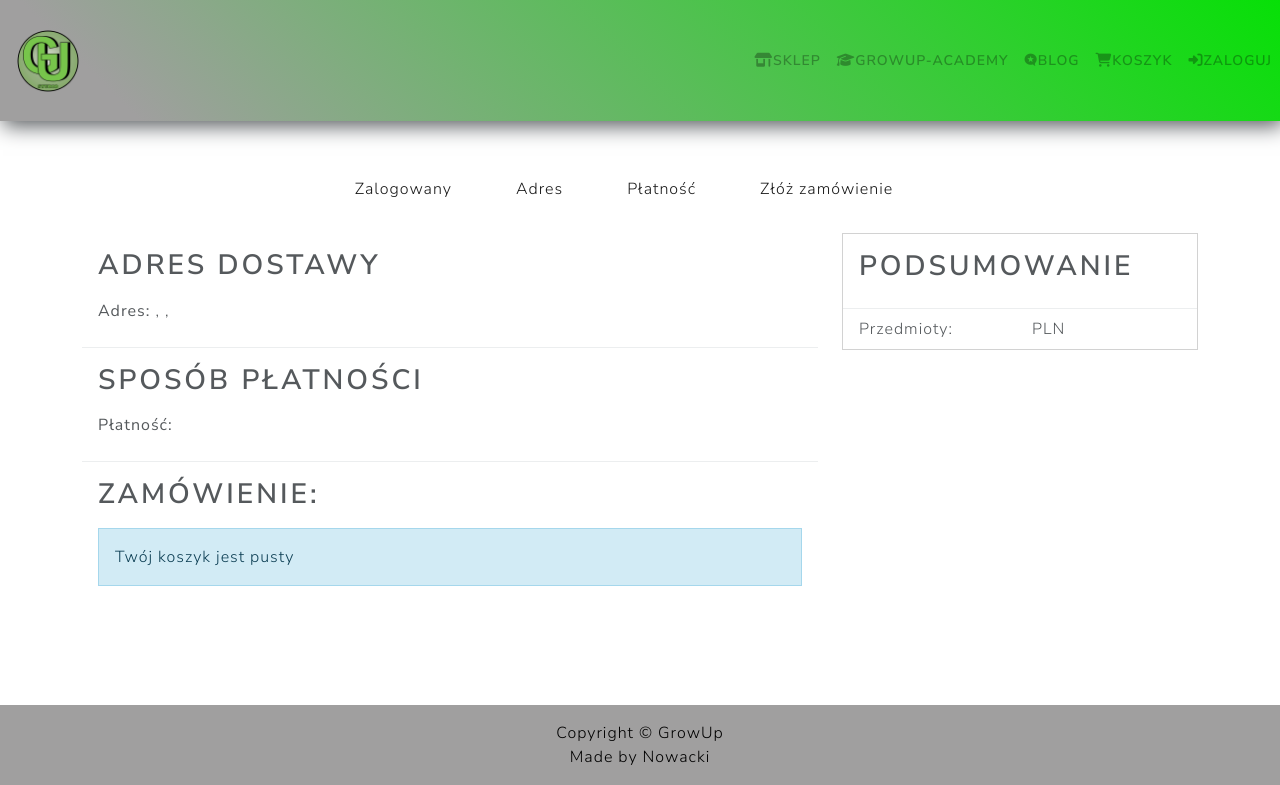
Repository: Nowacki97PL/GrowUpFullStack
Page: /placeorder (app in grow-up-fe/)
An editor plug-in stored every save of this project. The page is shown before and after the next save, followed by the edit.
The browser window is 1280 px wide. The pictures show the whole page.
The project was rebuilt for these pictures with package versions that can differ from the ones it lists, and the page was loaded fresh each time. Also part of the build but not shown: grow-up-fe/src/components/Rating.js, grow-up-fe/src/components/Product.js, grow-up-fe/src/components/Loader.js, grow-up-fe/src/actions/productActions.js, grow-up-fe/src/screens/ShopScreen.js, grow-up-fe/src/screens/ProductScreen.js, grow-up-fe/src/screens/HomeScreen.js, grow-up-fe/src/actions/cartActions.js and 7 more.

Above is the page before, as saved 2024-02-24 17:57:33.

### grow-up-fe/public/index.html
<!doctype html>
<html lang="pl">
  <head>
    <meta charset="utf-8">
    <meta name="viewport" content="width=device-width, initial-scale=1">
    <link rel="shortcut icon" href="%PUBLIC_URL%/logo.png">
    <link rel="stylesheet" href="https://cdnjs.cloudflare.com/ajax/libs/font-awesome/6.5.1/css/all.min.css" integrity="sha512-DTOQO9RWCH3ppGqcWaEA1BIZOC6xxalwEsw9c2QQeAIftl+Vegovlnee1c9QX4TctnWMn13TZye+giMm8e2LwA==" crossorigin="anonymous" referrerpolicy="no-referrer" />
    <!--
      Notice the use of %PUBLIC_URL% in the tag above.
      It will be replaced with the URL of the `public` folder during the build.
      Only files inside the `public` folder can be referenced from the HTML.

      Unlike "/favicon.ico" or "favicon.ico", "%PUBLIC_URL%/favicon.ico" will
      work correctly both with client-side routing and a non-root public URL.
      Learn how to configure a non-root public URL by running `npm run build`.
    -->
    <title>Grow-Up</title>
  </head>
  <body>
    <div id="root"></div>
    <!--
      This HTML file is a template.
      If you open it directly in the browser, you will see an empty page.

      You can add webfonts, meta tags, or analytics to this file.
      The build step will place the bundled scripts into the <body> tag.

      To begin the development, run `npm start`.
      To create a production bundle, use `npm run build`.
    -->
  </body>
</html>

### grow-up-fe/src/index.js
import React from 'react';
import ReactDOM from 'react-dom/client';
import {Provider} from 'react-redux'
import store from './store'

import App from './App';
import './index.css';
import './bootstrap.css';

const rootElement = document.getElementById('root');

// Użyj createRoot zamiast ReactDOM.render
const root = ReactDOM.createRoot(rootElement);
root.render(
<Provider store={store}>
<App />
</Provider>);

### grow-up-fe/src/store.js
import { createStore, combineReducers, applyMiddleware } from "redux";
import { thunk } from "redux-thunk";
import { composeWithDevTools } from "redux-devtools-extension";
import {
	productListReducers,
	productDetailsReducers,
} from "./reducers/productReducers";
import { cartReducer } from "./reducers/cartReducers";
import { userLoginReducer, userRegisterReducer, userDetailsReducer, userUpdateProfileReducer } from "./reducers/userReducers";

const reducer = combineReducers({
	productList: productListReducers,
	productDetails: productDetailsReducers,
	cart: cartReducer,
	userLogin: userLoginReducer,
	userRegister: userRegisterReducer,
	userDetails: userDetailsReducer,
	userUpdateProfile: userUpdateProfileReducer,
});

const cartItemsFromStorage = localStorage.getItem("cartItems")
	? JSON.parse(localStorage.getItem("cartItems"))
	: [];

const userInfoFromStorage = localStorage.getItem("userInfo")
	? JSON.parse(localStorage.getItem("userInfo"))
	: null;

const shippingAddressFromStorage = localStorage.getItem('shippingAddress') ?
    JSON.parse(localStorage.getItem('shippingAddress')) : {}

	const initialState = {
		cart: {
			cartItems: cartItemsFromStorage,
			shippingAddress: shippingAddressFromStorage,
		},
		userLogin: { userInfo: userInfoFromStorage },
	}

const middleware = [thunk];

const store = createStore(
	reducer,
	initialState,
	composeWithDevTools(applyMiddleware(...middleware))
);

store.subscribe(() => {
	const { cart } = store.getState();
	localStorage.setItem("cartItems", JSON.stringify(cart.cartItems));
});

export default store;

### grow-up-fe/src/App.js
import React from "react";

import { Container } from "react-bootstrap";
import { BrowserRouter as Router, Route, Routes } from "react-router-dom";

import Header from "./components/Header";
import Footer from "./components/Footer";
import ShopScreen from "./screens/ShopScreen";
import ProductScreen from "./screens/ProductScreen";
import HomeScreen from './screens/HomeScreen'
import CartScreen from './screens/CartScreen'
import LoginScreen from './screens/LoginScreen'
import RegisterScreen from './screens/RegisterScreen'
import ProfileScreen from './screens/ProfileScreen'
import ShippingScreen from "./screens/ShippingScreen";
import PaymentScreen from "./screens/PaymentScreen";
import PlaceOrderScreen from "./screens/PlaceOrderScreen";

function App() {
	return (
		<Router>
			<Header />
			<main className="py-5">
				<Container>
					<Routes>
						<Route path="/" element={<HomeScreen />}></Route>
						<Route path="/login" element={<LoginScreen />}></Route>
						<Route path="/register" element={<RegisterScreen />}></Route>
						<Route path="/profile" element={<ProfileScreen />}></Route>
						<Route path="/shipping" element={<ShippingScreen/>}></Route>
						<Route path="/payment" element={<PaymentScreen/>}></Route>
						<Route path="/placeorder" element={<PlaceOrderScreen/>}></Route>
						<Route path="/shop" element={<ShopScreen />}></Route>
						<Route path="/product/:id" element={<ProductScreen />}></Route>
						<Route path="/cart/:id?" element={<CartScreen />}></Route>
					</Routes>
				</Container>
			</main>
			<Footer />
		</Router>
	);
}

export default App;

### grow-up-fe/src/index.css
main {
  min-height: 81.1vh;
  width: 100%;
}


.nav-main {
  width: 100%;
  margin: 0;
}

#Navbar {
  background: linear-gradient(45deg, rgb(160, 159, 159) 10%, rgb(7, 224, 7));
  box-shadow: 3px 5px 20px;
  display: flex;
  justify-content: space-between;
  align-items: center;
}

.navbar-toggler {
  margin-right: 1rem;
}

.img-logo img {
  display: flex;
  height: 3.95rem;
  margin-left: 1rem;
}

#card-title {
  text-decoration: none;
}

h1 {
  font-size: 1.8rem;
  padding: 1rem 0;
}

h2 {
  font-size: 1.4rem;
  padding: 0.5rem 0;
}

h3 {
  padding: 1rem 0;
}

.rating span {
  margin: 0.1rem;
}

#card-border-color {
  border-color: rgb(7, 224, 7);
}

.Footer-main {
  background:  rgb(160, 159, 159);
  width: 100%;
  color: black;
}

### grow-up-fe/src/reducers/productReducers.js
import {
	PRODUCT_LIST_REQUEST,
	PRODUCT_LIST_SUCCESS,
	PRODUCT_LIST_FAIL,
	PRODUCT_DETAILS_REQUEST,
	PRODUCT_DETAILS_SUCCESS,
	PRODUCT_DETAILS_FAIL
} from "../constants/productConstants";

export const productListReducers = (state = { products: [] }, action) => {
	switch (action.type) {
		case PRODUCT_LIST_REQUEST:
			return { loading: true, products: [] };

		case PRODUCT_LIST_SUCCESS:
			return { loading: false, products: action.payload };

		case PRODUCT_LIST_FAIL:
			return { loading: false, error: action.payload };

		default:
			return state;
	}
};


export const productDetailsReducers = (state = { product: {reviews: []} }, action) => {
	switch (action.type) {
		case PRODUCT_DETAILS_REQUEST:
			return { loading: true, ...state };

		case PRODUCT_DETAILS_SUCCESS:
			return { loading: false, product: action.payload };

		case PRODUCT_DETAILS_FAIL:
			return { loading: false, error: action.payload };

		default:
			return state;
	}
};

### grow-up-fe/src/reducers/cartReducers.js
import {
    CART_ADD_ITEM,
    CART_REMOVE_ITEM,
    CART_SAVE_SHIPPING_ADDRESS,

    CART_SAVE_PAYMENT_METHOD,

    CART_CLEAR_ITEMS,
} from '../constants/cartConstans'

export const cartReducer = (state = { cartItems: [] }, action) => {
	switch (action.type) {
		case CART_ADD_ITEM:
			const item = action.payload;
			const existItem = state.cartItems.find((x) => x.product === item.product);

			if (existItem) {
				return {
					...state,
					cartItems: state.cartItems.map((x) =>
						x.product === existItem.product ? item : x
					),
				};
			} else {
				return {
					...state,
					cartItems: [...state.cartItems, item],
				};
			}

		case CART_REMOVE_ITEM:
			return {
				...state,
				cartItems: state.cartItems.filter((x) => x.product !== action.payload),
			};

			case CART_SAVE_SHIPPING_ADDRESS:
				return {
					...state,
					shippingAddress: action.payload
				}

			case CART_SAVE_PAYMENT_METHOD:
				return {
					...state,
					paymentMethod: action.payload
				}

			case CART_CLEAR_ITEMS:
				return {
					...state,
					cartItems: []
				}


		default:
			return state;
	}
};

### grow-up-fe/src/reducers/userReducers.js
import {
	USER_LOGIN_REQUEST,
	USER_LOGIN_SUCCESS,
	USER_LOGIN_FAIL,
	USER_LOGOUT,
	USER_REGISTER_REQUEST,
	USER_REGISTER_SUCCESS,
	USER_REGISTER_FAIL,
	USER_DETAILS_REQUEST,
	USER_DETAILS_SUCCESS,
	USER_DETAILS_FAIL,
	USER_DETAILS_RESET,
	USER_UPDATE_PROFILE_REQUEST,
	USER_UPDATE_PROFILE_SUCCESS,
	USER_UPDATE_PROFILE_FAIL,
	USER_UPDATE_PROFILE_RESET,
} from "../constants/userConstans";

export const userLoginReducer = (state = {}, action) => {
	switch (action.type) {
		case USER_LOGIN_REQUEST:
			return { loading: true };

		case USER_LOGIN_SUCCESS:
			return { loading: false, userInfo: action.payload };

		case USER_LOGIN_FAIL:
			return { loading: false, error: action.payload };

		case USER_LOGOUT:
			return { loading: false };

		default:
			return state;
	}
};

export const userRegisterReducer = (state = {}, action) => {
	switch (action.type) {
		case USER_REGISTER_REQUEST:
			return { loading: true };

		case USER_REGISTER_SUCCESS:
			return { loading: false, userInfo: action.payload };

		case USER_REGISTER_FAIL:
			return { loading: false, error: action.payload };

		case USER_LOGOUT:
			return { loading: false };

		default:
			return state;
	}
};

export const userDetailsReducer = (state = { user: {} }, action) => {
	switch (action.type) {
		case USER_DETAILS_REQUEST:
			return { ...state, loading: true };

		case USER_DETAILS_SUCCESS:
			return { loading: false, user: action.payload };

		case USER_DETAILS_FAIL:
			return { loading: false, error: action.payload };

		case USER_DETAILS_RESET:
			return { user: {} };

		default:
			return state;
	}
};

export const userUpdateProfileReducer = (state = {}, action) => {
	switch (action.type) {
		case USER_UPDATE_PROFILE_REQUEST:
			return { loading: true };

		case USER_UPDATE_PROFILE_SUCCESS:
			return { loading: false, success: true, userInfo: action.payload };

		case USER_UPDATE_PROFILE_FAIL:
			return { loading: false, error: action.payload };

		case USER_UPDATE_PROFILE_RESET:
			return {};

		default:
			return state;
	}
};

### grow-up-fe/src/components/Header.js
import React from "react";
import { useDispatch, useSelector } from "react-redux";
import Nav from "react-bootstrap/Nav";
import Navbar from "react-bootstrap/Navbar";
import { Container, NavDropdown } from "react-bootstrap";
import { LinkContainer } from "react-router-bootstrap";
import { logout } from "../actions/userActions";

function Header() {
	const userLogin = useSelector((state) => state.userLogin);
	const { userInfo } = userLogin;
	const dispatch = useDispatch();

	const logoutHandler = () => {
		dispatch(logout());
	};

	return (
		<header>
			<Navbar expand="md" id="Navbar" collapseOnSelect>

					<LinkContainer to="/">
						<Navbar.Brand className="img-logo">
							<img src="logo.png" alt="logo"></img>
						</Navbar.Brand>
					</LinkContainer>

					<Navbar.Toggle aria-controls="basic-navbar-nav" />
					<Navbar.Collapse id="basic-navbar-nav">
						<Nav className="ms-md-auto">
							<LinkContainer to="/shop">
								<Nav.Link>
									<i className="fa-solid fa-shop"></i>
									Sklep
								</Nav.Link>
							</LinkContainer>

							<LinkContainer to="/growup-academy">
								<Nav.Link>
									<i className="fa-solid fa-graduation-cap"></i>
									GrowUp-Academy
								</Nav.Link>
							</LinkContainer>

							<LinkContainer to="/blog">
								<Nav.Link>
									<i className="fa-brands fa-microblog"></i>
									blog
								</Nav.Link>
							</LinkContainer>

							<LinkContainer to="/cart">
								<Nav.Link>
									<i className="fas fa-shopping-cart"></i>Koszyk
								</Nav.Link>
							</LinkContainer>

							{userInfo ? (
								<NavDropdown title={userInfo.name} id="username">
									<LinkContainer to="/profile">
										<NavDropdown.Item>
											<i className="fas fa-user"></i>Profil
										</NavDropdown.Item>
									</LinkContainer>
									<NavDropdown.Item onClick={logoutHandler}>
										<i className="fa-solid fa-right-from-bracket"></i>
										Wyloguj
									</NavDropdown.Item>
								</NavDropdown>
							) : (
								<LinkContainer to="/login">
									<Nav.Link>
										<i className="fa-solid fa-right-to-bracket"></i>
										Zaloguj
									</Nav.Link>
								</LinkContainer>
							)}
						</Nav>
					</Navbar.Collapse>

			</Navbar>
		</header>
	);
}

export default Header;

### grow-up-fe/src/components/Footer.js
import React from 'react'
import {Container, Row, Col} from 'react-bootstrap'

function Footer() {
  return (
    <footer className='Footer-main'>
      <Container>
        <Row>
          <Col className='text-center py-3'>
          Copyright &copy; GrowUp <br></br>
          Made by Nowacki
          </Col>
        </Row>
      </Container>

    </footer>
  )
}

export default Footer

### grow-up-fe/src/screens/PlaceOrderScreen.js
import React, { useState, useEffect } from "react";
import { Button, Row, Col, ListGroup, Image, Card } from "react-bootstrap";
import { Link } from "react-router-dom";
import { useNavigate } from "react-router-dom";
import { useDispatch, useSelector } from "react-redux";
import Message from "../components/Message";
import CheckoutSteps from "../components/CheckoutSteps";
function PlaceOrderScreen() {
	const cart = useSelector((state) => state.cart);

	return (
		<div>
			<CheckoutSteps step1 step2 step3 step4 />
			<Row>
				<Col md={8}>
					<ListGroup variant="flush">
						<ListGroup.Item>
							<h2>Adres dostawy</h2>

							<p>
								<strong>Adres: </strong>
								{cart.shippingAddress.address}, {cart.shippingAddress.city}
								{"  "}
								{cart.shippingAddress.postalCode},{cart.shippingAddress.country}
							</p>
						</ListGroup.Item>

						<ListGroup.Item>
							<h2>Sposób płatności</h2>

							<p>
								<strong>Płatność: </strong>
								{cart.paymentMethod}
							</p>
						</ListGroup.Item>

						<ListGroup.Item>
							<h2>Zamówienie:</h2>
                            {cart.cartItems.length === 0 ? <Message variant='info'>
                                Twój koszyk jest pusty
                            </Message> : (
                                <ListGroup variant="flush">
                                    {cart.cartItems.map((item, index) =>(
                                        <ListGroup.Item key={index}>
                                            <Row>
                                                <Col md={3}>
                                                    <Image src={item.image} alt={item.name} fluid rounded/>
                                                </Col>
                                                <Col>
                                                    <Link to={`/product/${item.product}`}>{item.name}</Link>
                                                </Col>
                                                <Col md={4}>
                                                    {item.qty} x {item.price} = {(item.qty * item.price).toFixed(2)} PLN
                                                </Col>
                                            </Row>
                                        </ListGroup.Item>
                                    ))}
                                </ListGroup>
                            )}
						</ListGroup.Item>
					</ListGroup>
				</Col>

				<Col md={4}>
                    <Card>
                        <ListGroup variant="flush">
                            <ListGroup.Item>
                                        <h2>Podsumowanie</h2>
                            </ListGroup.Item>

                            <ListGroup.Item>
                                <Row>
                                    <Col>Przedmioty:</Col>
                                    <Col>{cart.cartItems.price} PLN</Col>
                                </Row>
                            </ListGroup.Item>
                        </ListGroup>
                    </Card>
                </Col>
			</Row>
		</div>
	);
}

export default PlaceOrderScreen;

### grow-up-fe/src/constants/productConstants.js
export const PRODUCT_LIST_REQUEST = 'PRODUCT_LIST_REQUEST'
export const PRODUCT_LIST_SUCCESS = 'PRODUCT_LIST_SUCCESS'
export const PRODUCT_LIST_FAIL = 'PRODUCT_LIST_FAIL'


export const PRODUCT_DETAILS_REQUEST = 'PRODUCT_DETAILS_REQUEST'
export const PRODUCT_DETAILS_SUCCESS = 'PRODUCT_DETAILS_SUCCESS'
export const PRODUCT_DETAILS_FAIL = 'PRODUCT_DETAILS_FAIL'

### grow-up-fe/src/constants/userConstans.js
export const USER_LOGIN_REQUEST = "USER_LOGIN_REQUEST";
export const USER_LOGIN_SUCCESS = "USER_LOGIN_SUCCESS";
export const USER_LOGIN_FAIL = "USER_LOGIN_FAIL";

export const USER_LOGOUT = "USER_LOGIN_REQUEST";

export const USER_REGISTER_REQUEST = "USER_REGISTER_REQUEST";
export const USER_REGISTER_SUCCESS = "USER_REGISTER_SUCCESS";
export const USER_REGISTER_FAIL = "USER_REGISTER_FAIL";

export const USER_DETAILS_REQUEST = "USER_DETAILS_REQUEST";
export const USER_DETAILS_SUCCESS = "USER_DETAILS_SUCCESS";
export const USER_DETAILS_FAIL = "USER_DETAILS_FAIL";
export const USER_DETAILS_RESET = "USER_DETAILS_RESET";

export const USER_UPDATE_PROFILE_REQUEST = "USER_UPDATE_PROFILE_REQUEST";
export const USER_UPDATE_PROFILE_SUCCESS = "USER_UPDATE_PROFILE_SUCCESS";
export const USER_UPDATE_PROFILE_FAIL = "USER_UPDATE_PROFILE_FAIL";
export const USER_UPDATE_PROFILE_RESET = "USER_UPDATE_PROFILE_RESET";

export const USER_LIST_REQUEST = "USER_LIST_REQUEST";
export const USER_LIST_SUCCESS = "USER_LIST_SUCCESS";
export const USER_LIST_FAIL = "USER_LIST_FAIL";
export const USER_LIST_RESET = "USER_LIST_RESET";

export const USER_DELETE_REQUEST = "USER_DELETE_REQUEST";
export const USER_DELETE_SUCCESS = "USER_DELETE_SUCCESS";
export const USER_DELETE_FAIL = "USER_DELETE_FAIL";

export const USER_UPDATE_REQUEST = "USER_UPDATE_REQUEST";
export const USER_UPDATE_SUCCESS = "USER_UPDATE_SUCCESS";
export const USER_UPDATE_FAIL = "USER_UPDATE_FAIL";
export const USER_UPDATE_RESET = "USER_UPDATE_RESET";

### grow-up-fe/src/actions/userActions.js
import {
	USER_LOGIN_REQUEST,
	USER_LOGIN_SUCCESS,
	USER_LOGIN_FAIL,
	USER_LOGOUT,
	USER_REGISTER_REQUEST,
	USER_REGISTER_SUCCESS,
	USER_REGISTER_FAIL,
	USER_DETAILS_REQUEST,
	USER_DETAILS_SUCCESS,
	USER_DETAILS_FAIL,
	USER_DETAILS_RESET,
	USER_UPDATE_PROFILE_REQUEST,
	USER_UPDATE_PROFILE_SUCCESS,
	USER_UPDATE_PROFILE_FAIL,
	USER_UPDATE_PROFILE_RESET,
} from "../constants/userConstans";
import axios from "axios";

export const login = (email, password) => async (dispatch) => {
	try {
		dispatch({
			type: USER_LOGIN_REQUEST,
		});

		const config = {
			headers: {
				"Content-type": "application/json",
			},
		};

		const { data } = await axios.post(
			"/api/users/login/",
			{ username: email, password: password },
			config
		);

		dispatch({
			type: USER_LOGIN_SUCCESS,
			payload: data,
		});

		localStorage.setItem("userInfo", JSON.stringify(data));
	} catch (error) {
		dispatch({
			type: USER_LOGIN_FAIL,
			payload:
				error.response && error.response.data.detail
					? error.response.data.detail
					: error.massage,
		});
	}
};

export const logout = () => {
	return (dispatch) => {
		localStorage.removeItem("userInfo");
		dispatch({ type: USER_LOGOUT });
		dispatch({ type: USER_DETAILS_RESET });
	};
};

export const register = (name, email, password) => async (dispatch) => {
	try {
		dispatch({
			type: USER_REGISTER_REQUEST,
		});

		const config = {
			headers: {
				"Content-type": "application/json",
			},
		};

		const { data } = await axios.post(
			"/api/users/register/",
			{ name: name, email: email, password: password },
			config
		);

		dispatch({
			type: USER_REGISTER_SUCCESS,
			payload: data,
		});

		dispatch({
			type: USER_LOGIN_SUCCESS,
			payload: data,
		});

		localStorage.setItem("userInfo", JSON.stringify(data));
	} catch (error) {
		dispatch({
			type: USER_REGISTER_FAIL,
			payload:
				error.response && error.response.data
					? error.response.data[0]
					: error.massage,
		});
	}
};

export const getUserDetails = (id) => async (dispatch, getState) => {
	try {
		dispatch({
			type: USER_DETAILS_REQUEST,
		});

		const {
			userLogin: { userInfo },
		} = getState();

		const config = {
			headers: {
				"Content-type": "application/json",
				Authorization: `Bearer ${userInfo.token}`,
			},
		};

		const { data } = await axios.get(`/api/users/${id}/`, config);

		dispatch({
			type: USER_DETAILS_SUCCESS,
			payload: data,
		});
	} catch (error) {
		dispatch({
			type: USER_DETAILS_FAIL,
			payload:
				error.response && error.response.data.detail
					? error.response.data.detail
					: error.message,
		});
	}
};

export const updateUserProfile = (user) => async (dispatch, getState) => {
	try {
		dispatch({
			type: USER_UPDATE_PROFILE_REQUEST,
		});

		const {
			userLogin: { userInfo },
		} = getState();

		const config = {
			headers: {
				"Content-type": "application/json",
				Authorization: `Bearer ${userInfo.token}`,
			},
		};

		const { data } = await axios.put(
			`/api/users/profile/update/`,
			user,
			config
		);

		dispatch({
			type: USER_UPDATE_PROFILE_SUCCESS,
			payload: data,
		});

		dispatch({
			type: USER_LOGIN_SUCCESS,
			payload: data,
		});

		localStorage.setItem("userInfo", JSON.stringify(data));
	} catch (error) {
		dispatch({
			type: USER_UPDATE_PROFILE_FAIL,
			payload:
				error.response && error.response.data.detail
					? error.response.data.detail
					: error.message,
		});
	}
};

### grow-up-fe/src/components/Message.js
import React from 'react'
import {Alert} from 'react-bootstrap'

function Message({variant, children}) {
  return (
    <Alert variant={variant}>
      {children}
    </Alert>
  )
}

export default Message

### grow-up-fe/src/components/CheckoutSteps.js
import React from "react";
import { Nav } from "react-bootstrap";
import { LinkContainer } from "react-router-bootstrap";

function CheckoutSteps({ step1, step2, step3, step4 }) {
	return (
		<Nav className="justify-content-center mb-4">
			<Nav.Item>
				{step1 ? (
					<LinkContainer to="/login">
						<Nav.Link>Zalogowany</Nav.Link>
					</LinkContainer>
				) : (
					<Nav.Link disabled>Zalogowany</Nav.Link>
				)}
			</Nav.Item>

			<Nav.Item>
				{step2 ? (
					<LinkContainer to="/shipping">
						<Nav.Link>Adres</Nav.Link>
					</LinkContainer>
				) : (
					<Nav.Link disabled>Adres</Nav.Link>
				)}
			</Nav.Item>

			<Nav.Item>
				{step3 ? (
					<LinkContainer to="/payment">
						<Nav.Link>Płatność</Nav.Link>
					</LinkContainer>
				) : (
					<Nav.Link disabled>Płatność</Nav.Link>
				)}
			</Nav.Item>

			<Nav.Item>
				{step4 ? (
					<LinkContainer to="/placeorder">
						<Nav.Link>Złóż zamówienie</Nav.Link>
					</LinkContainer>
				) : (
					<Nav.Link disabled>Potwierdzenie</Nav.Link>
				)}
			</Nav.Item>
		</Nav>
	);
}

export default CheckoutSteps;

Loaded but not shown: grow-up-fe/src/bootstrap.css (library); grow-up-fe/src/constants/cartConstans.js (common file)

After the next save:
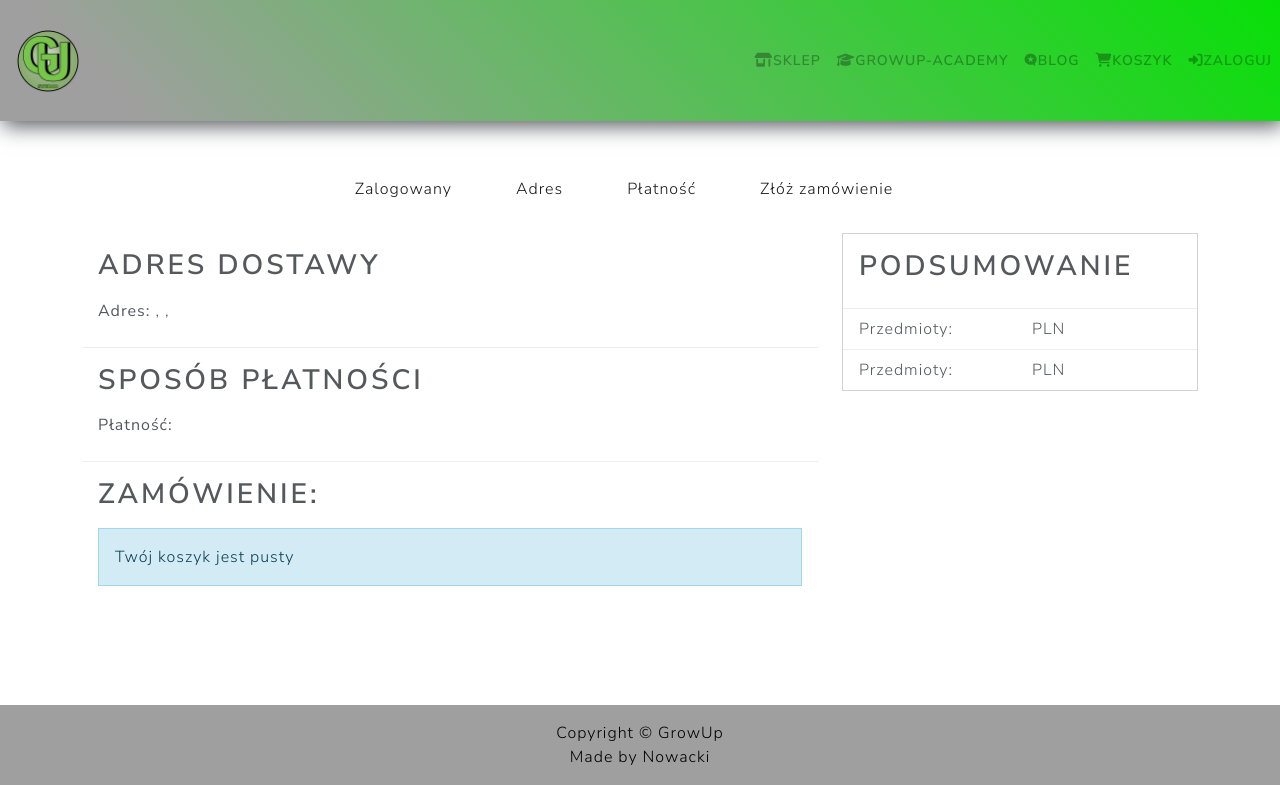
Saved 33 s later.
--- a/grow-up-fe/src/screens/PlaceOrderScreen.js
+++ b/grow-up-fe/src/screens/PlaceOrderScreen.js
@@ -74,6 +74,13 @@ function PlaceOrderScreen() {
                                     <Col>{cart.cartItems.price} PLN</Col>
                                 </Row>
                             </ListGroup.Item>
+
+                            <ListGroup.Item>
+                                <Row>
+                                    <Col>Przedmioty:</Col>
+                                    <Col>{cart.cartItems.price} PLN</Col>
+                                </Row>
+                            </ListGroup.Item>
                         </ListGroup>
                     </Card>
                 </Col>
